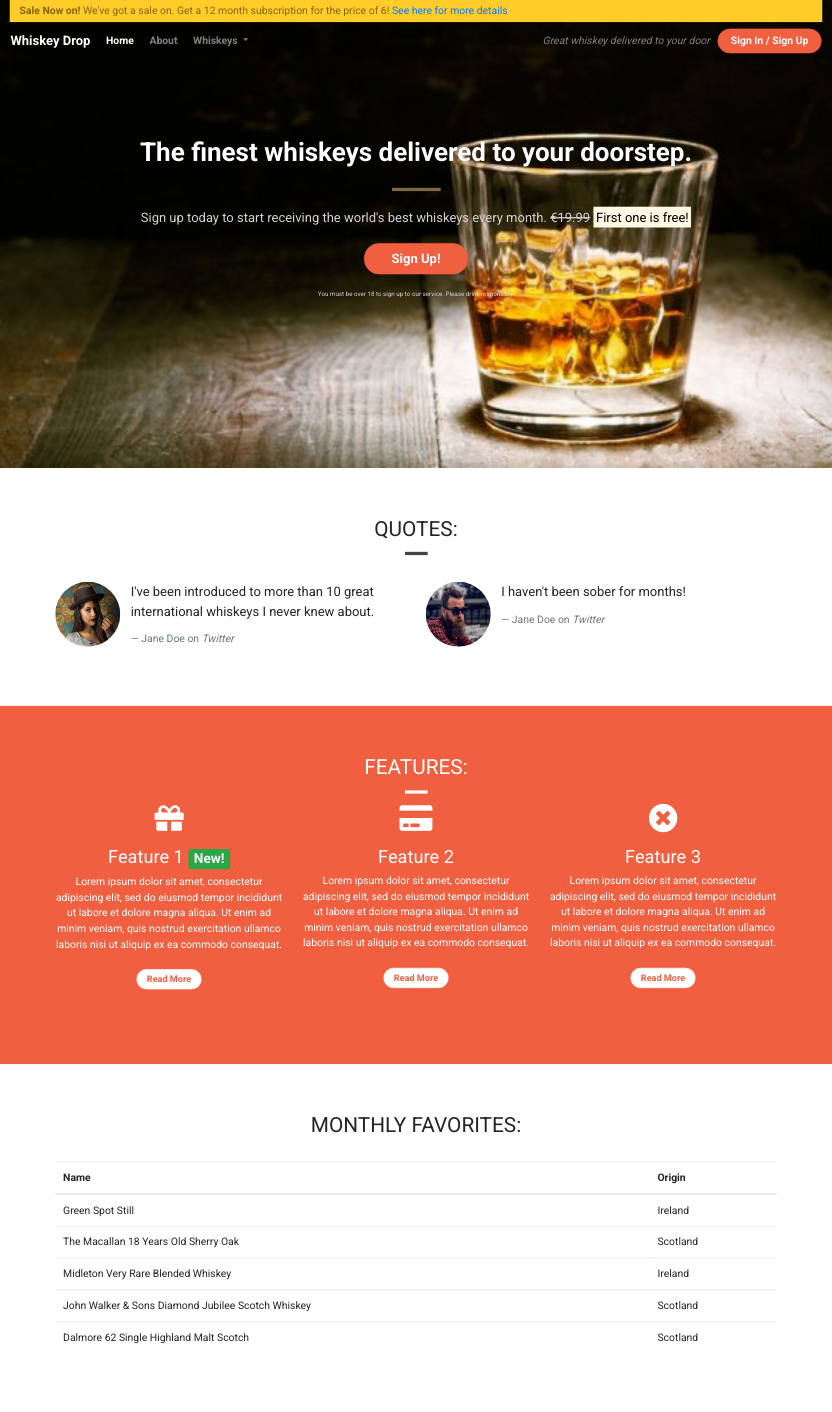
Repository: grisselfaura/BootstrappingYourNextBigIdea-BS4
Page: index.html
The author's editor kept a record of every edit. The page is drawn from the files as they stood at one moment, then again after the next edit.
The browser window is 1280 px wide. The pictures show the whole page, at 65% of full size.
Backgrounds fixed to the window are drawn as part of the page. Some web libraries are served in a nearby version.

Above is the page before.

### index.html
<!DOCTYPE html>
<html lang="en-us">

<head>
    <meta charset="utf-8">
    <meta name="viewport" content="width=device-width, initial-scale=1.0">
    <title>Whiskey Drop | Taste a new whiskey every month</title>
    <link rel="stylesheet" href="https://maxcdn.bootstrapcdn.com/bootstrap/4.1.3/css/bootstrap.min.css">
    <link rel="stylesheet" href="https://use.fontawesome.com/releases/v5.6.1/css/all.css" integrity="sha384-gfdkjb5BdAXd+lj+gudLWI+BXq4IuLW5IT+brZEZsLFm++aCMlF1V92rMkPaX4PP" crossorigin="anonymous">
    <link href="https://fonts.googleapis.com/css?family=Roboto:400,700&display=swap" rel="stylesheet">
    <link rel="stylesheet" href="css/style.css" type="text/css" />
</head>

<body>
    <div class="container-fluid navalert-container">
        <div class="container-fluid alert-container">
            <div class="row d-none d-sm-block">
                <div class="col-12">
                    <div class="site-wide-alert alert-warning">
                        <strong>Sale Now on!</strong> We've got a sale on. Get a 12 month subscription for the price of 6! <a href="">See here for more details</a>
                    </div>
                </div>
            </div>
        </div>
        <nav class="navbar navbar-dark navbar-expand-sm">
            <a href="/" class="navbar-brand">Whiskey Drop</a>

            <button class="navbar-toggler ml-auto" type="button" data-toggle="collapse" data-target="#navbarNavDropdown" aria-controls="navbarNavDropdown" aria-expanded="false" aria-label="Toggle navigation">
            <span class="navbar-toggler-icon"></span></button>

            <div class="collapse navbar-collapse" id="navbarNavDropdown">
                <ul class="navbar-nav mr-auto">
                    <li class="active nav-item mr-2"><a class="nav-link" href="/">Home</a></li>
                    <li class="nav-item mr-2"><a class="nav-link" href="">About</a></li>
                    <li class="nav-item dropdown">
                        <a class="nav-link dropdown-toggle" href="#" id="navbarDropdownMenuLink" role="button" data-toggle="dropdown" aria-haspopup="true" aria-expanded="false">
                  Whiskeys
            </a>
                        <div class="dropdown-menu" aria-labelledby="navbarDropdownMenuLink">
                            <a class="dropdown-item" href="#">Irish</a>
                            <a class="dropdown-item" href="#">Scotch</a>
                            <a class="dropdown-item" href="#">Japanese</a>
                            <a class="dropdown-item" href="#">American</a>
                        </div>
                    </li>

                    <li class="nav-item mr-2 d-block d-sm-none"><a class="nav-link" href="">Sign In / Sign Up</a></li>
                </ul>
            </div>
            <div class="d-none d-md-block">
                <p class="navbar-text my-auto mr-2"><i>Great whiskey delivered to your door</i></p>
                <a href="/login" class="btn btn--cta btn--red">Sign In / Sign Up</a>
            </div>
            <!--</div>-->
        </nav>
    </div>
    <!-- Callout -->
    <div class="container-fluid callout-container">
        <div class="opaque-overlay">&nbsp;</div>
        <div class="row">
            <div class="col-12">
                <section class="callout jumbotron text-center">
                    <h1 class="jumbotron-header">The finest whiskeys delivered to your doorstep.</h1>
                    <hr class="block-divider block-divider--orange">

                    <p class="lead">Sign up today to start receiving the world's best whiskeys every month.
                        <s class="d-none d-sm-inline">€19.99</s>
                        <span class="d-inline d-sm-none"><br></span>
                        <strong><mark>First one is free!</mark></strong></p>
                    <p><button class="btn btn-lg btn--cta btn--red" data-toggle="modal" data-target="#signUpModal">Sign Up!</button></p>
                    <p class="text-muted"><small>You must be over 18 to sign up to our service. Please drink responsibly.</small></p>
                </section>
            </div>
        </div>
    </div>
    <!-- /.callout -->

    <!-- Quotes -->
    <div class="container-wrapper">
        <div class="container quotes-container content-container">
            <section class="quotes">
                <div class="row">
                    <div class="col-12 page-header">
                        <h2 class="text-uppercase">Quotes:</h2>
                        <hr class="block-divider block-divider--short">
                    </div>
                </div>
                <div class="row">
                    <div class="col-12 col-md-6">
                        <div class="media">
                            <div class="d-none d-sm-block">
                                <img src="images/girl-image.png" class="rounded-circle mr-3" height=100 width=100>
                            </div>
                            <div class="media-body">
                                <blockquote class="blockquote">
                                    <p>I've been introduced to more than 10 great international whiskeys I never knew about.</p>
                                    <footer class="blockquote-footer">Jane Doe on <cite title="Twitter">Twitter</cite></footer>
                                </blockquote>
                            </div>
                        </div>
                    </div>
                    <div class="col-12 col-md-6">
                        <div class="media">
                            <div class="d-none d-sm-block">
                                <img src="images/guy-image.png" class="rounded-circle mr-3" height=100 width=100>
                            </div>
                            <div class="media-body">
                                <blockquote class="blockquote">
                                    <p>I haven't been sober for months!</p>
                                    <footer class="blockquote-footer">Jane Doe on <cite title="Twitter">Twitter</cite></footer>
                                </blockquote>
                            </div>
                        </div>
                    </div>
                </div>
            </section>
            <!-- /.quotes -->
        </div>
    </div>
    <!-- Features -->
    <div class="container-wrapper container-wrapper--red">
        <div class="container features-container content-container">
            <section class="features">
                <div class="row">
                    <div class="col-12 page-header">
                        <h2 class="text-uppercase">Features:</h2>
                        <hr class="block-divider block-divider--short block-divider--white">
                    </div>
                </div>
                <div class="row">
                    <div class="col-12 col-md-6 col-lg-4">
                        <div class="feature">
                            <h3><i class="fas fa-gift d-none d-sm-block"></i> Feature 1 <span class="badge badge-success">New!</span></h3>
                            <p>Lorem ipsum dolor sit amet, consectetur adipiscing elit, sed do eiusmod tempor incididunt ut labore et dolore magna aliqua. Ut enim ad minim veniam, quis nostrud exercitation ullamco laboris nisi ut aliquip ex ea commodo consequat.</p>
                            <p><a class="btn btn-sm btn-light" href="">Read More</a></p>
                        </div>
                    </div>
                    <div class="col-12 col-md-6 col-lg-4">
                        <div class="feature">
                            <h3><i class="fas fa-credit-card d-none d-sm-block"></i> Feature 2</h3>
                            <p>Lorem ipsum dolor sit amet, consectetur adipiscing elit, sed do eiusmod tempor incididunt ut labore et dolore magna aliqua. Ut enim ad minim veniam, quis nostrud exercitation ullamco laboris nisi ut aliquip ex ea commodo consequat.</p>
                            <p><a class="btn btn-sm btn-light" href="">Read More</a></p>
                        </div>
                    </div>
                    <div class="col-12 d-md-none d-lg-block col-lg-4">
                        <div class="feature">
                            <h3><i class="fas fa-times-circle d-none d-sm-block"></i> Feature 3</h3>
                            <p>Lorem ipsum dolor sit amet, consectetur adipiscing elit, sed do eiusmod tempor incididunt ut labore et dolore magna aliqua. Ut enim ad minim veniam, quis nostrud exercitation ullamco laboris nisi ut aliquip ex ea commodo consequat.</p>
                            <p><a class="btn btn-sm btn-light" href="">Read More</a></p>
                        </div>
                    </div>
                </div>
            </section>
            <!-- /.features -->
        </div>
    </div>

 <!-- Monthly favorites -->
    <div class="container-wrapper">
        <div class="container quotes-container content-container">
            <section class="Monthly favorites">
                <div class="row">
                    <div class="col-12 page-header">
                        <h2 class="text-uppercase">Monthly favorites:</h2>
                        <hr class="block-divider block-divider--short block-divider--white">
                    </div>
                </div>
                <table class="table">
                    <thead>
                        <tr>
                            <th scope="col">Name</th>
                            <th scope="col">Origin</th>
                        </tr>
                    </thead>
                    <tbody>
                        <tr>
                            <td>Green Spot Still</td>
                            <td>Ireland</td>
                        </tr>
                        <tr>
                            <td>The Macallan 18 Years Old Sherry Oak</td>
                            <td>Scotland</td>
                        </tr>
                        <tr>
                            <td>Midleton Very Rare Blended Whiskey</td>
                            <td>Ireland</td>
                        </tr>
                        <tr>
                            <td>John Walker & Sons Diamond Jubilee Scotch Whiskey</td>
                            <td>Scotland</td>
                        </tr>
                        <tr>
                            <td>Dalmore 62 Single Highland Malt Scotch</td>
                            <td>Scotland</td>
                        </tr>
                    </tbody>
                </table>
            </section>
        </div>
    </div>

    <div class="modal" tabindex="-1" role="dialog" id="signUpModal">
        <div class="modal-dialog" role="document">
            <div class="modal-content">
                <div class="modal-header">
                    <h5 class="modal-title">Sign Up To Whiskey Drop!</h5>
                    <button type="button" class="close" data-dismiss="modal" aria-label="Close">
          <span aria-hidden="true">&times;</span>
        </button>
                </div>
                <div class="modal-body">
                    <form>
                        <div class="form-group">
                            <label for="exampleInputEmail1">Email address</label>
                            <input type="email" class="form-control" id="exampleInputEmail1" aria-describedby="emailHelp" placeholder="Enter email">
                            <small id="emailHelp" class="form-text text-muted">We'll never share your email with anyone else.</small>
                        </div>
                        <div class="form-group">
                            <label for="password">Password</label>
                            <input type="password" class="form-control" id="password" placeholder="Password">
                        </div>
                        <div class="form-group">
                            <label for="repeatPassword">Repeat Password</label>
                            <input type="password" class="form-control" id="repeatPassword" placeholder="Repeat Password">
                        </div>
                        <button type="submit" class="btn btn-success">Submit</button>
                    </form>
                </div>
            </div>
        </div>
    </div>

    <script src="https://code.jquery.com/jquery-3.3.1.slim.min.js" integrity="sha384-q8i/X+965DzO0rT7abK41JStQIAqVgRVzpbzo5smXKp4YfRvH+8abtTE1Pi6jizo" crossorigin="anonymous"></script>
    <script src="https://cdnjs.cloudflare.com/ajax/libs/popper.js/1.14.3/umd/popper.min.js" integrity="sha384-ZMP7rVo3mIykV+2+9J3UJ46jBk0WLaUAdn689aCwoqbBJiSnjAK/l8WvCWPIPm49" crossorigin="anonymous"></script>
    <script src="https://stackpath.bootstrapcdn.com/bootstrap/4.1.3/js/bootstrap.min.js" integrity="sha384-ChfqqxuZUCnJSK3+MXmPNIyE6ZbWh2IMqE241rYiqJxyMiZ6OW/JmZQ5stwEULTy" crossorigin="anonymous"></script>
</body>

</html>

### css/style.css
body {
    font-family: 'Roboto', sans-serif;
}

.container-wrapper {}

.container-wrapper--red {
    background-color: #f05f40;
    color: white;
}

.alert-container .col-12{
    padding-left: 0
    padding-right:0;
}

.site-wide-alert {
    border-radius: 0;
    margin-bottom: 0;
    padding: 5px 15px;
    background-color: #ffcc29;
    border-color: #ffcc29;
}

.callout-container {
    height:100vh;
    background: url("../images/Whiskey-background.jpg") no-repeat bottom right fixed;
      -webkit-background-size: cover;
      -moz-background-size: cover;
      -o-background-size: cover;
      background-size: cover;
      display: flex;
      align-items: center;
      justify-content: center;
      position: relative;
}

.opaque-overlay {
    position: absolute;
    top: 0;
    left: 0;
    height: 100%;
    width: 100%
    background-color: rgba(0,0,0,0.5);
}
.quotes-container {}

.features-container {}

.favorite-container {}

/*Page headers*/

.page-header {
    margin-bottom: 0;
    border-bottom-color: 0;
    text-align: center;
}

.page-header h2 {
    margin-top: 0;
}

.quotes .page-header {
    margin-bottom: 25px;
}

/*Block-dividers*/

.block-divider {
    width: 75px;
    height: 5px;
    border: 0;
    background-color: #444;
}

.block-divider--orange {
    background-color: #7c6945;
}

.block-divider--white {
    background-color: white
}

.block-divider--short {
    width: 35px;
}

/*Content containers*/

.content-container {
    padding-top: 75px;
    padding-bottom: 75px;
}

/*Navbar*/

.navalert-container {
    position: absolute;
    top: 0;
    left: 0;
    padding-left: 0;
    padding-right: 0;
    z-index: 1;
}

.navbar {
    margin-bottom: 0;
    border: 0;
    width: 100%;
    background-color: rgba(0,0,0,0.25);
}

.navbar .navbar-toggler {
    border:0;
}

.navbar-brand {
    font-weight: bold;
}

.navbar .navbar-nav a {
    font-weight: bold;
}

/*Jumbotron*/

.jumbotron {
    background-color: transparent;
}

.jumbotron-header {
    color: white;
    font-weight: bold;
    margin-bottom: 30px;
}

.jumbotron .lead {
    margin: 25px;
    color: #d7d3d3;
}

.jumbotron small {
    font-size: 60%;
    font-size: italic;
    color: #d0d0d0;
}

/*Buttons*/
.btn--cta {
    font-weight: bold;
    border-radius: 23px;
    width: 160px;
}

.btn--red {
    color: white;
    background-color: #f05f40;
    border-color:#f05f40;
}

.btn-red:hover,
.btn--red:active,
.btn--red:focus,
.btn--red:active:hover {
    background-color: #c38f84;
    border-color: #c38f84;
}

.feature {
    text-align: center;
    margin-bottom : 40px;
}

.feature i {
    text-align: center;
    margin-bottom : 20px;
    font-size: 45px;
    line-height: 45px
}

.feature .btn {
    background-color: white;
    border-color: white;
    border-radius: 15px;
    min-width: 100px;
    font-weight: bold;
    margin-top: 10px;
    color: #f05f40;
}

After the next edit:
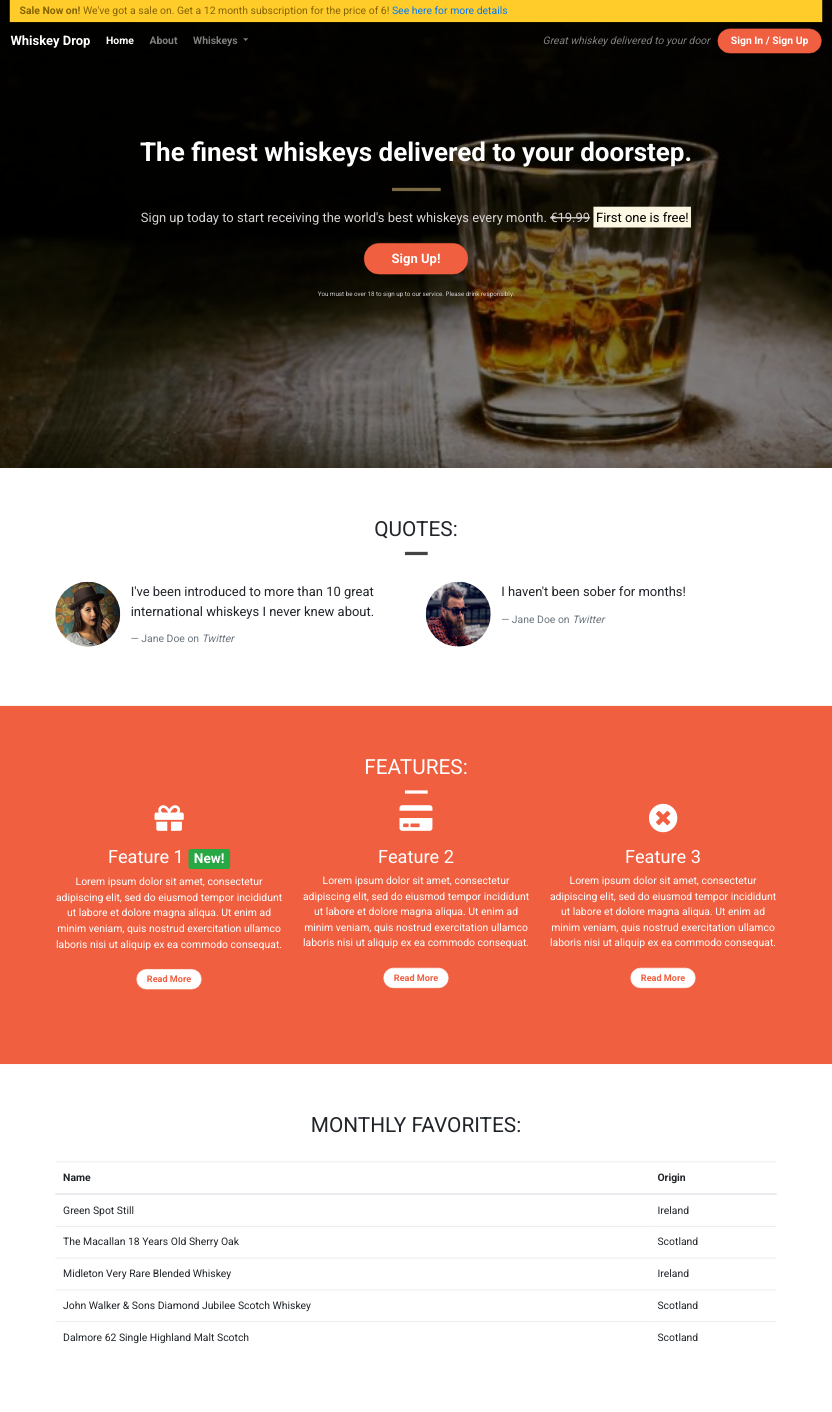
The edit:
--- a/css/style.css
+++ b/css/style.css
@@ -40,7 +40,7 @@
     top: 0;
     left: 0;
     height: 100%;
-    width: 100%
+    width: 100%;
     background-color: rgba(0,0,0,0.5);
 }
 .quotes-container {}
